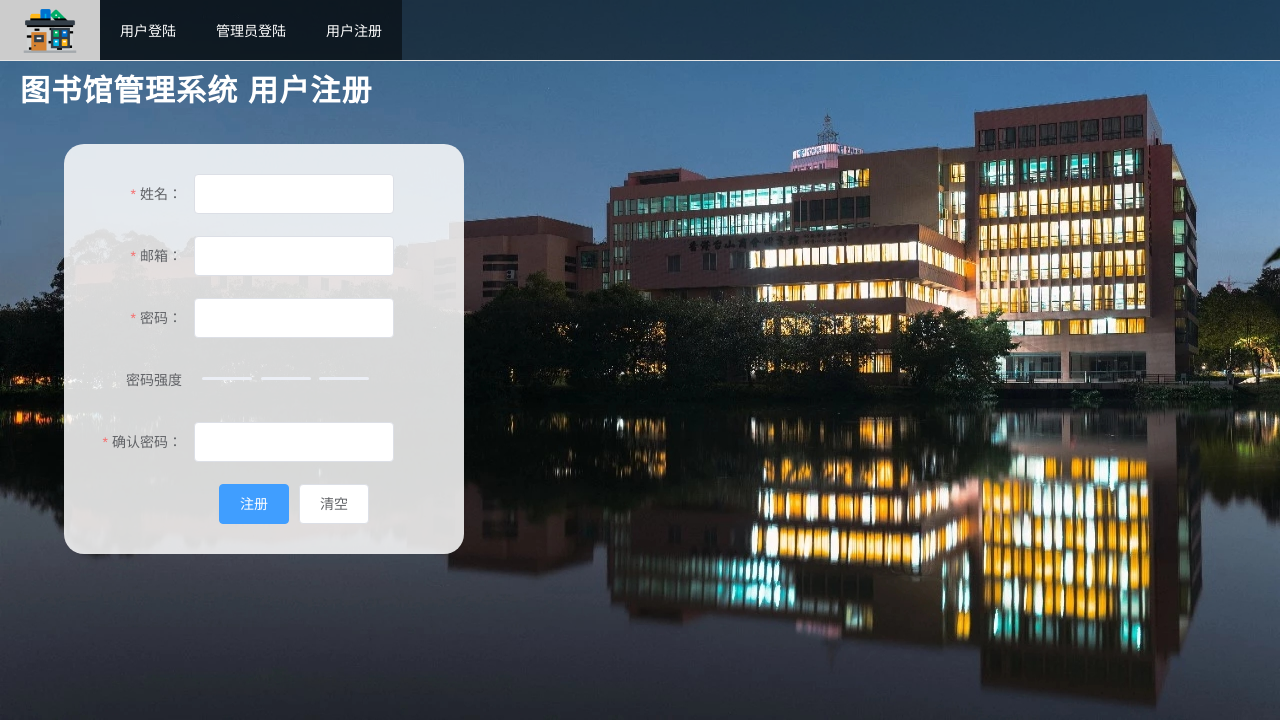
Repository: Akron-xz/helloVue
Page: /#/signup (app in vue-library/)
These files come from the project's save history. The page is drawn as it stood at one moment and after the next save; the edit follows.
The browser window is 1280 px wide. The pictures show the whole page.
The project was rebuilt for these pictures with package versions that can differ from the ones it lists, and the page was loaded fresh each time. Also part of the build but not shown: vue-library/src/views/Home.vue.

Above is the page before, as saved 2020-11-25 21:57:14.

### vue-library/src/main.js
import Vue from 'vue'
import App from './App.vue'
import ElementUI from 'element-ui';
import 'element-ui/lib/theme-chalk/index.css';
import axios from "axios"
import router from './router'
import Router from 'vue-router'

const routerPush = Router.prototype.push
Router.prototype.push = function push(location) {
    return routerPush.call(this, location).catch(error => error)
}

Vue.config.productionTip = false
Vue.use(ElementUI);
Vue.prototype.$axios = axios;


new Vue({
    router,
    render: h => h(App)
}).$mount('#app')

### vue-library/src/router/index.js
import Vue from 'vue'
import VueRouter from 'vue-router'
import Home from '../views/Home.vue'


Vue.use(VueRouter)

const routes = [{
        path: '/',
        name: 'Home',
        component: Home
    },
    {
        path: '/about',
        name: 'About',
        // route level code-splitting
        // this generates a separate chunk (about.[hash].js) for this route
        // which is lazy-loaded when the route is visited.
        component: () =>
            import ( /* webpackChunkName: "about" */ '../views/About.vue')
    },
    {
        path: '/admin',
        name: 'Admin',
        // route level code-splitting
        // this generates a separate chunk (about.[hash].js) for this route
        // which is lazy-loaded when the route is visited.
        component: () =>
            import ( /* webpackChunkName: "about" */ '../views/Administrator.vue')
    },
    {
        path: "/userLogin",
        name: "UserLogin",
        component: () =>
            import ('../views/UserLogin.vue')
    },
    {
        path: "/user",
        name: "User",
        component: () =>
            import ( /* webpackChunkName: "about" */ '../views/User.vue')
    },
    {
        path: "/signup",
        name: "SignUp",
        component: () =>
            import ('../views/SignUp.vue')
    },
    {
        path: "/adminmain",
        name: "AdminMain",
        component: () =>
            import ('../views/AdminMain.vue')
    },
    {

        path: "/MyInformation",
        name: "MyInformation",
        component: () =>
            import ('../views/MyInformation.vue')
    },
    {
        path: "/library",
        name: "Library",
        component: () =>
            import ( /* webpackChunkName: "about" */ '../views/Library.vue')

    },
    {
        path: "/modifymsg",
        name: "ModifyMsg",
        component: () =>
            import ('../views/ModifyMsg.vue')
    },
    {
        path: "/borrowhistory",
        name: "BorrowHistory",
        component: () =>
            import ('../views/BorrowHistory.vue')
    },
    {
        path: "/newissue",
        name: "NewIssue",
        component: () =>
            import ('../views/NewIssue.vue')
    },
    {
        path: "/booksearch",
        name: "BookSearch",
        component: () =>
            import ('../views/BookSearch.vue')
    },
    {
        path: "/MyBookshelves",
        name: "MyBookshelves",
        component: () =>
            import ('../views/MyBookshelves.vue')
    },
    {
        path: "/modifyAnnounce",
        name: "ModifyAnnounce",
        component: () =>
            import ('../views/ModifyAnnounce.vue')
    },
    {
        path: "/statistics",
        name: "Statistics",
        component: () =>
            import ('../views/Statistics.vue')
    },


]

const router = new VueRouter({
    routes
})

export default router

### vue-library/src/views/SignUp.vue
<template>
  <div class="signup-container">
    <homeNavigation></homeNavigation>
    <el-header>图书馆管理系统 用户注册</el-header>
    <div class="signUpBox">
      <el-form
        :model="ruleForm2"
        status-icon
        :rules="rules2"
        ref="ruleForm2"
        label-width="100px"
        class="demo-ruleForm"
      >
        <!-- <el-form-item label="注册ID：" prop="id">
          <el-input
            v-model.number="ruleForm2.id"
            onKeypress="javascript:if(event.keyCode == 32)event.returnValue = false;"
          ></el-input>
        </el-form-item> -->

        <el-form-item label="姓名：" prop="name">
          <el-input
            v-model="ruleForm2.name"
            onKeypress="javascript:if(event.keyCode == 32)event.returnValue = false;"
          ></el-input>
        </el-form-item>

        <el-form-item
          label="邮箱："
          prop="email"
          :rules="[
            { required: true, message: '请输入邮箱', trigger: 'blur' },
            { type: 'email', message: '请输入正确的邮箱地址', trigger: 'blur' },
          ]"
        >
          <el-input
            v-model="ruleForm2.email"
            onKeypress="javascript:if(event.keyCode == 32)event.returnValue = false;"
          ></el-input>
        </el-form-item>

        <el-form-item label="密码：" prop="pwd">
          <el-input
            type="password"
            v-model="ruleForm2.pwd"
            auto-complete="off"
            onKeypress="javascript:if(event.keyCode == 32)event.returnValue = false;"
          ></el-input>
        </el-form-item>

        <el-form-item label="密码强度">
          <verify-pwd
            v-model="ruleForm2.pwd"
            style="padding-top: 10px"
          ></verify-pwd>
        </el-form-item>

        <el-form-item label="确认密码：" prop="checkPwd">
          <el-input
            type="password"
            v-model="ruleForm2.checkPwd"
            auto-complete="off"
            onKeypress="javascript:if(event.keyCode == 32)event.returnValue = false;"
          ></el-input>
        </el-form-item>

        <el-form-item>
          <el-button type="primary" @click="submitForm('ruleForm2')"
            >注册</el-button
          >
          <el-button @click="resetForm('ruleForm2')">清空</el-button>
        </el-form-item>
      </el-form>
    </div>
  </div>
</template>



<script>
import axios from "axios";
import homeNavigation from "@/components/homeNav.vue";
import verifyPwd from "@/components/verifyPwd";
export default {
  components: {
    homeNavigation,
    verifyPwd,
  },
  data() {
    var checkId = (rule, value, callback) => {
      if (!value) {
        return callback(new Error("注册ID不能为空"));
      }
      setTimeout(() => {
        if (!Number.isInteger(value)) {
          callback(new Error("请输入数值"));
        } else {
          callback();
        }
      }, 1000);
    };
    var checkName = (rule, value, callback) => {
      if (!value) {
        return callback(new Error("姓名不能为空"));
      } else {
        callback();
      }
    };

    var validatePass = (rule, value, callback) => {
      if (value === "") {
        callback(new Error("请输入密码"));
      } else {
        if (this.ruleForm2.checkPwd !== "") {
          this.$refs.ruleForm2.validateField("checkPwd");
        }
        callback();
      }
    };
    var validatePass2 = (rule, value, callback) => {
      if (value === "") {
        callback(new Error("请再次输入密码!!"));
      } else if (value !== this.ruleForm2.pwd) {
        callback(new Error("两次输入密码不一致!"));
      } else {
        callback();
      }
    };
    return {
      ruleForm2: {
        id: "",
        name: "",
        email: "",
        pwd: "",
        checkPwd: "",
      },
      rules2: {
        id: [{ validator: checkId, trigger: "blur" }],
        name: [{ required: true, validator: checkName, trigger: "blur" }],

        pwd: [
          { required: true, validator: validatePass, trigger: "blur" },
          {
            required: true,
            pattern: /^(?=.*\d)(?=.*[a-zA-Z])(?=.*[~!@#$%^&*])[\da-zA-Z~!@#$%^&*]{8,24}$/,
            message: "请包含大小写和数字与字符*",
            trigger: "blur",
          },
        ],
        checkPwd: [
          { required: true, validator: validatePass2, trigger: "blur" },
        ],
      },
    };
  },
  methods: {
    submitForm(formName) {
      this.$refs[formName].validate((valid) => {
        console.log(valid);
        if (valid) {
          axios(
            {
              method: "post",
              url: "http://localhost:8081/user/saveUser/",
              data: {
                userId: this.ruleForm2.id,
                name: this.ruleForm2.name,
                email: this.ruleForm2.email,
                password: this.ruleForm2.pwd,
              },
            },
            { emulateJSON: true }
          ).then((res) => {
            this.ruleForm2.id = "";
            this.ruleForm2.name = "";
            this.ruleForm2.email = "";
            this.ruleForm2.pwd = "";
            this.ruleForm2.checkPwd = "";
            this.$message({
              message: "注册成功，您的ID为：" + res.data,
              type: "success",
              duration: 5000,
            });
            this.$router.push({ path: "/userLogin" });
          });
        } else {
          console.log("error submit!!");
          return false;
        }
      });
    },
    resetForm(formName) {
      this.$refs[formName].resetFields();
    },
  },
  resetForm(formName) {
    this.$refs[formName].resetFields();
  },
};
</script>

<style scoped>
.signup-container {
  position: fixed;
  left: 0;
  top: 0;
  width: 100%;
  height: 100%;
  background-image: url(/img/divBg/bg32.jpg);
  background-size: 100% 100%;
}

.el-header {
  text-align: left;
  line-height: 60px;
  font-weight: 1000;
  font-size: 30px;
  color: white;
  letter-spacing: 0.04em;
}

.demo-ruleForm {
  position: absolute;
  right: 70px;
  top: 30px;
  width: 300px;
  height: 50px;
}

.signUpBox {
  position: absolute;
  top: 20%;
  left: 5%;
  width: 400px;
  height: 410px;
  background: #ffffffd7;
  border-radius: 20px;
}
</style>

### vue-library/src/components/homeNav.vue
<template>

    <div class="navigation-bar">
        <el-menu
            class="el-menu-demo"
            mode="horizontal"
            @select="handleSelect"
            background-color="#00000080"
            text-color="#ffffff"
            text-font="15px"
            border="none"
            >


            <el-menu-item index="1" @click="toMain">
                <img src="/img/libraryIcon.png" alt="" target="_self" class="libraryIcon">
            </el-menu-item>

            <el-menu-item index="2" @click="toLogin">
                <a  target="_self"  >用户登陆</a>
            </el-menu-item>

            <el-menu-item index="3" @click="toAdministrator">
                <a  target="_self">管理员登陆</a>
            </el-menu-item>

            <el-menu-item index="4" @click="toSignUp">
                <a  target="_self">用户注册</a>
            </el-menu-item>

            <!-- <el-menu-item index="5" @click="toLibrary">
                <a  target="_self">图书馆</a>
            </el-menu-item> -->

            <!-- <el-menu-item index="6" class="exitIcon">
                <img src="/img/logoutIcon.png" alt="" target="_self" class="logoutIcon">
            </el-menu-item> -->

            <!-- <el-menu-item index="6" @click="toMain">
                <a  target="_self">返回主页</a>
            </el-menu-item> -->
        </el-menu>

    </div>
</template>

<script>
export default {
    name:"Nav",
    data() {
      return {
        activeIndex: '1'
      }
    },
    methods: {
    handleSelect(key, keyPath) {
      console.log(key, keyPath);
    },
    toMain(){
      this.$router.push({path:'/'});
    },

    toLogin(){
      this.$router.push({path:'/UserLogin'});
    },
    toAdministrator(){
      this.$router.push({path:'/Admin'});
    },
    toSignUp(){
      this.$router.push({path:'/SignUp'});
    },




  },

}
</script>>

<style scoped>
.libraryIcon{
  height: 60px;
  width: 60px;
}

.exitIcon{
  float: right;
}

.logoutIcon{
  height: 40px;
  width: 40px;
}

</style>>

### vue-library/src/components/verifyPwd.vue

<template>
  <div id="container">
    <el-row>
      <el-col :span="6" :offset="1">
        <el-progress
          :percentage="onePercentage"
          :color="oneCustomColors"
          :format="oneFormat"
          :stroke-width="3"
        ></el-progress>
      </el-col>
      <el-col :span="6" :offset="1">
        <el-progress
          :percentage="twoPercentage"
          :color="twoCustomColors"
          :format="twoFormat"
          :stroke-width="3"
        ></el-progress>
      </el-col>
      <el-col :span="6" :offset="1">
        <el-progress
          :percentage="ThreePercentage"
          :color="ThreeCustomColors"
          :format="ThreeFormat"
          :stroke-width="3"
        ></el-progress>
      </el-col>
      <el-col :span="2" :offset="1" style="line-height: 15px">
        {{ content }}
      </el-col>
    </el-row>
  </div>
</template>

<script>
export default {
  name: "verifyPwd",
  model: {
    event: "change",
    prop: "password",
  },
  props: {
    //密码
    password: {
      type: [String, Boolean, Number, Object],
      required: true,
      default: "",
    },
  },
  watch: {
    password(newValue) {
      const mode = this.checkPasswordStrength(newValue);
      //逻辑处理
      switch (mode) {
        //初始化状态
        case 0:
          this.content = "";
          this.onePercentage = 0;
          this.twoPercentage = 0;
          this.ThreePercentage = 0;
          break;
        case 1:
          this.content = "弱";
          this.onePercentage = 100;
          this.twoPercentage = 0;
          this.ThreePercentage = 0;
          break;
        case 2:
          this.content = "中";
          this.onePercentage = 100;
          this.twoPercentage = 100;
          this.ThreePercentage = 0;
          break;
        case 3:
          this.content = "中";
          this.onePercentage = 100;
          this.twoPercentage = 100;
          this.ThreePercentage = 0;
          break;
        default:
          this.content = "高";
          this.onePercentage = 100;
          this.twoPercentage = 100;
          this.ThreePercentage = 100;
          break;
      }
    },
  },
  data() {
    return {
      content: "",
      onePercentage: 0,
      twoPercentage: 0,
      ThreePercentage: 0,
      oneCustomColors: [{ color: "#f56c6c", percentage: 100 }],
      twoCustomColors: [{ color: "#e6a23c", percentage: 100 }],
      ThreeCustomColors: [{ color: "#67c23a", percentage: 100 }],
    };
  },
  methods: {
    oneFormat() {
      return "";
    },
    twoFormat() {
      return "";
    },
    ThreeFormat() {
      return "";
    },
    //密码强度验证
    checkPasswordStrength(value) {
      let mode = 0;
      //正则表达式验证符合要求的
      if (value.length < 1) return mode;
      if (/\d/.test(value)) mode++; //数字
      if (/[a-z]/.test(value)) mode++; //小写
      if (/[A-Z]/.test(value)) mode++; //大写
      if (/\W/.test(value)) mode++; //特殊字符
      return mode;
    },
  },
};
</script>

<style>
.el-progress__text {
  display: none;
}
.el-progress-bar {
  padding-right: 0px;
  margin: 0px;
}
</style>

Loaded but not shown: vue-library/public/index.html (common file); vue-library/src/App.vue (common file)

After the next save:
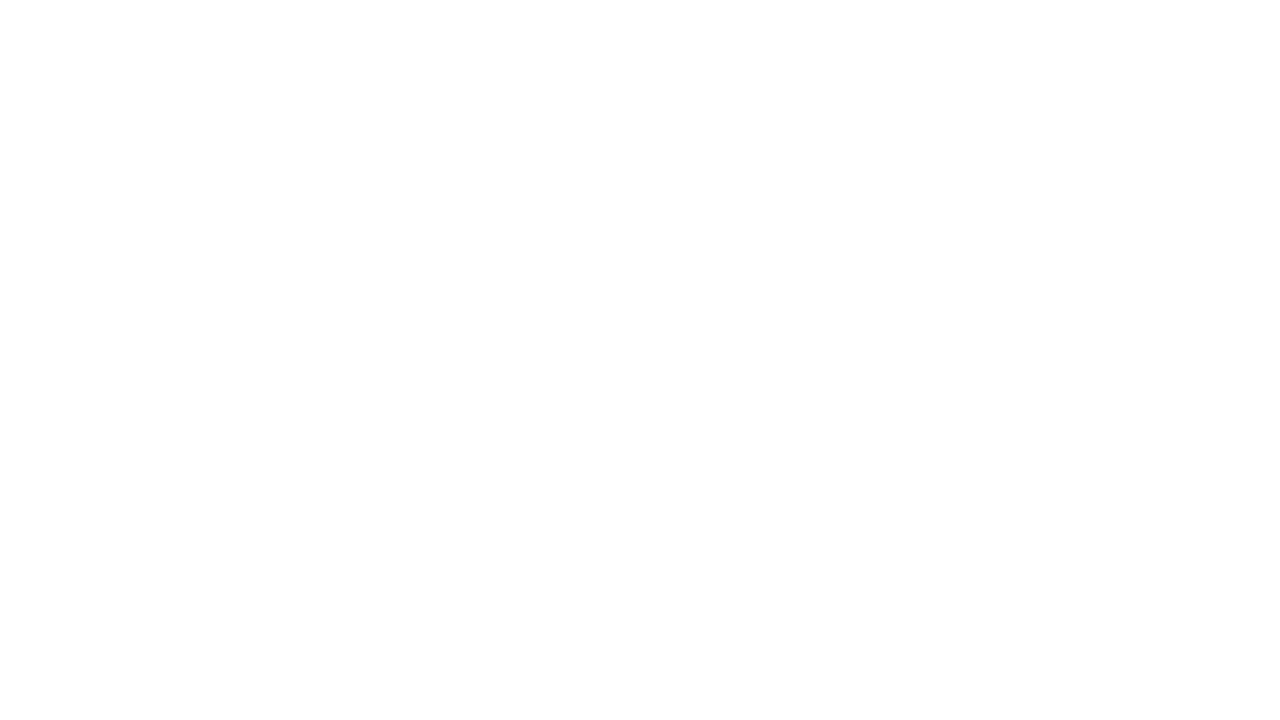
Console error (its wording comes from the project's code and is left out).
Saved 11 h 35 min later.
--- a/vue-library/src/views/SignUp.vue
+++ b/vue-library/src/views/SignUp.vue
@@ -136,7 +136,12 @@
       },
       rules2: {
         id: [{ validator: checkId, trigger: "blur" }],
-        name: [{ required: true, validator: checkName, trigger: "blur" }],
+        name: [{ required: true, validator: checkName, trigger: "blur" },
+        {required:true,pattern:/^{1,20}$/,
+        message:"不能超过20位",
+        trigger:"blur"
+
+        },],
 
         pwd: [
           { required: true, validator: validatePass, trigger: "blur" },

After the save that followed:
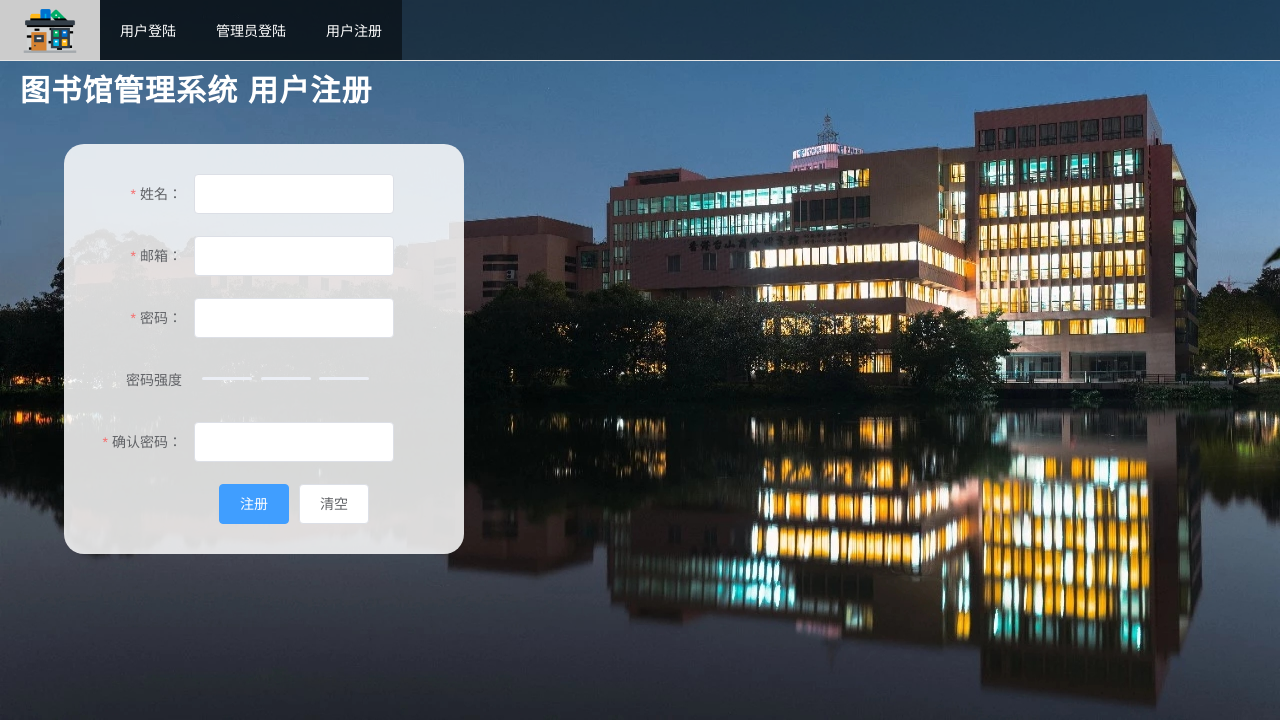
The error is gone.
Saved 3 min 19 s later.
--- a/vue-library/src/views/SignUp.vue
+++ b/vue-library/src/views/SignUp.vue
@@ -137,7 +137,7 @@
       rules2: {
         id: [{ validator: checkId, trigger: "blur" }],
         name: [{ required: true, validator: checkName, trigger: "blur" },
-        {required:true,pattern:/^{1,20}$/,
+        {required:true,pattern:/^.{1,20}$/,
         message:"不能超过20位",
         trigger:"blur"
 
